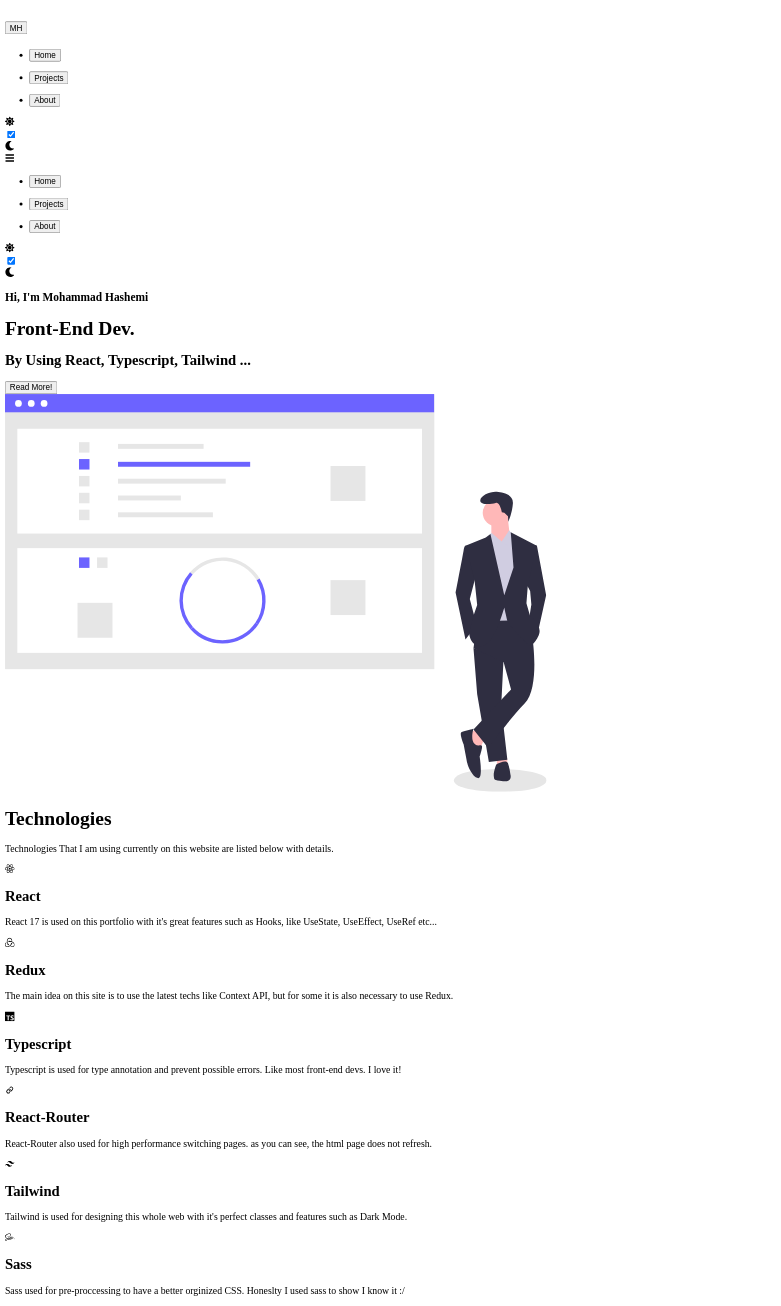
Repository: SMohammadH/react-typescript-tailwind
Page: /
The author's editor kept a copy of each file at every save. The page is drawn from the files as they stood at one save, then again after the next save.
The browser window is 1280 px wide. The pictures show the whole page, at 61% of full size.
The project was rebuilt for these pictures with package versions that can differ from the ones it lists, and the page was loaded fresh each time. Also part of the build but not shown: craco.config.js.

Above is the page before, as saved 2021-02-05 04:56:22.

### src/index.css
.dark {
  --color-bg-primary: #2d3748;
  --color-bg-secondary: #283141;
  --color-text-primary: #f7fafc;
  --color-text-secondary: #e2e8f0;
  --color-text-accent: #c5b358;
}

.light {
  --color-bg-primary: #ffffff;
  --color-bg-secondary: #edf2f7;
  --color-text-primary: #2d3748;
  --color-text-secondary: #4a5568;
  --color-text-accent: #2b6cb0;
}

@import 'tailwindcss/base';
@import 'tailwindcss/components';
@import 'tailwindcss/utilities';

### src/App.tsx
import './App.css';
import 'tailwindcss/tailwind.css';
import { ThemeProvider } from './dark-mode/themeContext';
import { Navbar } from './components/Navbar';
import { FirstSection } from './components/FirstSection';
import { SecondSection } from './components/SecondSection';

const App: React.FC = () => {
  return (
    <div>
      <ThemeProvider>
        <Navbar />
        <div className="body bg-primary text-primary">
          <FirstSection />
          <SecondSection />
        </div>
      </ThemeProvider>
    </div>
  );
};

export default App;

### src/App.css
.font-gold {
  color: #c5b358;
}

### src/dark-mode/themeContext.tsx
import React from 'react';

const getInitialTheme = () => {
  if (typeof window !== 'undefined' && window.localStorage) {
    const storedPrefs = window.localStorage.getItem('color-theme');
    if (typeof storedPrefs === 'string') {
      return storedPrefs;
    }

    const userMedia = window.matchMedia('(prefers-color-scheme: dark)');
    if (userMedia.matches) {
      return 'dark';
    }
  }

  // If you want to use light theme as the default, return "light" instead
  return 'dark';
};

interface IContextProps {
  theme: string;
  setTheme: React.Dispatch<React.SetStateAction<string>>;
}
// Remember if You wanna uncomment above remove null in the next line.
export const ThemeContext = React.createContext({} as IContextProps);

interface ThemeProps {
  initialTheme?: any;
  children: any;
}

export const ThemeProvider: React.FC<ThemeProps> = ({
  initialTheme,
  children,
}) => {
  const [theme, setTheme] = React.useState(getInitialTheme);

  const rawSetTheme = (theme: string) => {
    const root = window.document.documentElement;
    const isDark = theme === 'dark';

    root.classList.remove(isDark ? 'light' : 'dark');
    root.classList.add(theme);

    localStorage.setItem('color-theme', theme);
  };

  if (initialTheme) {
    rawSetTheme(initialTheme);
  }

  React.useEffect(() => {
    rawSetTheme(theme);
  }, [theme]);

  return (
    <ThemeContext.Provider value={{ theme, setTheme }}>
      {children}
    </ThemeContext.Provider>
  );
};

### src/components/Navbar.tsx
import { useState } from 'react';
import { Toggle } from '../dark-mode/toggle';
import { FaBars } from 'react-icons/fa';

export const Navbar = () => {
  const [hidden, setHidden] = useState('');
  const onClick = () => {
    hidden ? setHidden('') : setHidden('hidden');
  };
  return (
    <div className="bg-gray-800 text-gray-100  fixed  w-full z-10">
      <div className="max-w-screen-xl mx-auto px-2 sm:px-6 lg:px-8">
        <div className=" relative flex items-center justify-between h-16">
          <div>
            <h1 className="text-3xl font-gold">
              <button className="focus:outline-none">MH</button>
            </h1>
          </div>

          <div className="hidden md:flex">
            <div className="flex space-x-9 text-lg">
              <ul>
                <li>
                  <button className="hover:text-accent focus:outline-none">
                    Home
                  </button>
                </li>
              </ul>
              <ul>
                <li>
                  <button className="hover:text-accent focus:outline-none">
                    Projects
                  </button>
                </li>
              </ul>
              <ul>
                <li>
                  <button className="hover:text-accent focus:outline-none">
                    About
                  </button>
                </li>
              </ul>
            </div>
            <div className="ml-9 self-center">
              <Toggle />
            </div>
          </div>

          <div className="px-4 cursor-pointer md:hidden">
            <FaBars
              className={`w-10 text-2xl ${
                hidden ? '' : 'text-accent animate-pulse'
              }`}
              onClick={onClick}
            />
          </div>
        </div>
      </div>

      <div className={`${hidden} md:hidden`}>
        <div className="flex flex-col justify-center items-center text-lg space-y-6">
          <ul>
            <li>
              <button className="hover:text-accent focus:outline-none">
                Home
              </button>
            </li>
          </ul>
          <ul>
            <li>
              <button className="hover:text-accent focus:outline-none">
                Projects
              </button>
            </li>
          </ul>
          <ul>
            <li>
              <button className="hover:text-accent focus:outline-none">
                About
              </button>
            </li>
          </ul>
          <div className="pb-6">
            <Toggle />
          </div>
        </div>
      </div>
    </div>
  );
};

### src/components/FirstSection.tsx
import Success from '../svg/success.svg';

export const FirstSection = () => {
  return (
    <div className="flex justify-between  space-x-20 p-10 pt-40 max-w-screen-xl mx-auto md:flex-row">
      <div className="self-center pb-20 mb-20 space-y-2">
        <h3 className="text-xl">Hi, I'm Mohammad Hashemi</h3>
        <h1 className="text-5xl text-accent">Front-End Dev.</h1>
        <h2 className="text-medium">
          By Using React, Typescript, Tailwind ...
        </h2>
        <button className="btn">Read More!</button>
      </div>
      <div className="">
        <img src={Success} alt="" />
      </div>
    </div>
  );
};

### src/components/SecondSection.tsx
import { Card } from './Card';
import { FaSass } from 'react-icons/fa';
import { SiTypescript, SiTailwindcss, SiRedux, SiReact } from 'react-icons/si';
import { BiLink } from 'react-icons/bi';

const text = [
  {
    react: `React 17 is used on this portfolio with it's great features such as Hooks, like UseState, UseEffect, UseRef etc...`,
  },
  {
    redux:
      'The main idea on this site is to use the latest techs like Context API, but for some it is also necessary to use Redux.',
  },
  {
    typescript:
      'Typescript is used for type annotation and prevent possible errors. Like most front-end devs. I love it!',
  },
  {
    reactRouter:
      'React-Router also used for high performance switching pages. as you can see, the html page does not refresh.',
  },
  {
    tailwind: `Tailwind is used for designing this whole web with it's perfect classes and features such as Dark Mode.`,
  },
  {
    sass:
      'Sass used for pre-proccessing to have a better orginized CSS. Honeslty I used sass to show I know it :/',
  },
];
console.log(text[0].react);

export const SecondSection = () => {
  return (
    <div className="bg-secondary text-secondary">
      <div className="max-w-screen-xl mx-auto px-5 py-24">
        <div className="text-center mb-20">
          <h1 className="text-accent mb-4 text-4xl leading-10 tracking-tight sm:text-5xl sm:leading-none md:text-6xl">
            Technologies
          </h1>
          <p className="text-base leading-relaxed xl:w-2/4 lg:w-3/4 mx-auto">
            Technologies That I am using currently on this website are listed
            below with details.
          </p>
          <div className="flex mt-6 justify-center">
            <div className="w-16 h-1 rounded-full bg-indigo-500 inline-flex"></div>
          </div>
        </div>
        <div className="flex flex-wrap sm:-m-4 -mx-4 -mb-10 -mt-4">
          <Card
            Img={SiReact}
            imgSize={10}
            header="React"
            imgColor="blue-600"
            imgBack="blue"
            text={text[0].react}
          />
          <Card
            Img={SiRedux}
            imgSize={10}
            header="Redux"
            imgColor="purple-500"
            imgBack="purple"
            text={text[1].redux}
          />
          <Card
            Img={SiTypescript}
            imgSize={7}
            header="Typescript"
            imgColor="blue-700"
            imgBack="blue"
            text={text[2].typescript}
          />

          <Card
            Img={BiLink}
            imgSize={10}
            header="React-Router"
            imgColor="red-600"
            imgBack="red"
            text={text[3].reactRouter}
          />
          <Card
            Img={SiTailwindcss}
            imgSize={10}
            header="Tailwind"
            imgColor="green-500"
            imgBack="green"
            text={text[4].tailwind}
          />

          <Card
            Img={FaSass}
            imgSize={10}
            header="Sass"
            imgColor="pink-600"
            imgBack="pink"
            text={text[5].sass}
          />
        </div>
      </div>
    </div>
  );
};

### src/dark-mode/toggle.tsx
import React from 'react';
import { ThemeContext } from './themeContext';
import './toggle.css';
import { FaSun } from 'react-icons/fa';
import { FaMoon } from 'react-icons/fa';

export const Toggle = () => {
  const { theme, setTheme } = React.useContext(ThemeContext);

  const isDark = () => {
    return theme === 'dark';
  };

  return (
    <label className="flex items-center cursor-pointer">
      <div className="ml-3 font-medium mr-3">
        {theme === 'light' ? (
          <FaSun className="text-yellow-100 text-2xl" />
        ) : (
          <FaSun className="text-gray-400" />
        )}
      </div>
      <div className="relative">
        <input
          type="checkbox"
          className="hidden"
          checked={isDark()}
          onChange={e => setTheme(e.target.checked ? 'dark' : 'light')}
        />
        <div className="toggle__line w-10 h-4 bg-gray-400 rounded-full shadow-inner"></div>
        <div className="toggle__dot absolute w-6 h-6 bg-white rounded-full shadow inset-y-0 left-0"></div>
      </div>

      <div className="ml-3 ">
        {theme === 'light' ? (
          <FaMoon className="text-gray-400" />
        ) : (
          <FaMoon className="text-blue-100 text-xl" />
        )}
      </div>
    </label>
  );
};

### src/components/Card.tsx
interface Props {
  Img: any;
  imgSize: number;
  imgColor: string;
  imgBack: string;
  header: string;
  text?: string;
}

export const Card: React.FC<Props> = ({
  Img,
  imgSize,
  imgColor,
  imgBack,
  header,
  text,
}) => {
  return (
    <div className="relative max-w-sm md:max-w-xs mx-auto ">
      <div
        className={`absolute mr-2 ml-8 mb-11 inset-0 bg-gradient-to-r from-${imgBack}-200 to-${imgBack}-400 dark:from-gray-800 dark:to-${imgBack}-900 shadow-lg transform -skew-y-3 sm:skew-y-0 sm:-rotate-6 rounded-3xl`}
      ></div>
      <div className="relative py-7 px-2 md:mb-0 flex flex-col ">
        <div className="px-4 py-10 mr-6 bg-primary text-primary shadow-lg rounded-3xl transform translate-x-6 -translate-y-6  ">
          <div
            className={`inline-flex w-12 h-12 rounded-full items-center justify-center bg-${imgBack}-100 text-${imgColor} mb-4 flex-shrink-0 p-2`}
          >
            <Img className={`w-${imgSize} h-${imgSize}`} />
            {/* className="w-6 h-6"
              fill="none"
              stroke="currentColor"
              viewBox="0 0 24 24"
              xmlns="http://www.w3.org/2000/svg"
            >
              <path
                stroke-linecap="round"
                stroke-linejoin="round"
                stroke-width="2"
                d="M7 21a4 4 0 01-4-4V5a2 2 0 012-2h4a2 2 0 012 2v12a4 4 0 01-4 4zm0 0h12a2 2 0 002-2v-4a2 2 0 00-2-2h-2.343M11 7.343l1.657-1.657a2 2 0 012.828 0l2.829 2.829a2 2 0 010 2.828l-8.486 8.485M7 17h.01"
              ></path>
            </Img> */}
          </div>
          <div className="flex-grow ">
            <h2 className="text-primary text-xl title-font font-medium mb-3">
              {header}
            </h2>
            <p className="leading-relaxed text-sm text-justify">{text}</p>
          </div>
        </div>
      </div>
    </div>
  );
};

### src/dark-mode/toggle.css
.toggle__dot {
  top: -0.25rem;
  left: -0.25rem;
  transition: all 0.3s ease-in-out;
}

input:checked ~ .toggle__dot {
  transform: translateX(100%);
  background-color: #48bb78;
}

### tailwind.config.js
module.exports = {
  purge: [],
  darkMode: 'class', // or 'media' or 'class'
  theme: {
    extend: {
      backgroundColor: {
        primary: 'var(--color-bg-primary)',
        secondary: 'var(--color-bg-secondary)',
      },
      textColor: {
        accent: 'var(--color-text-accent)',
        primary: 'var(--color-text-primary)',
        secondary: 'var(--color-text-secondary)',
      },
    },
  },
  variants: {
    extend: {},
  },
  plugins: [],
};

Loaded but not shown: public/index.html (common file); src/index.tsx (common file)

After the next save:
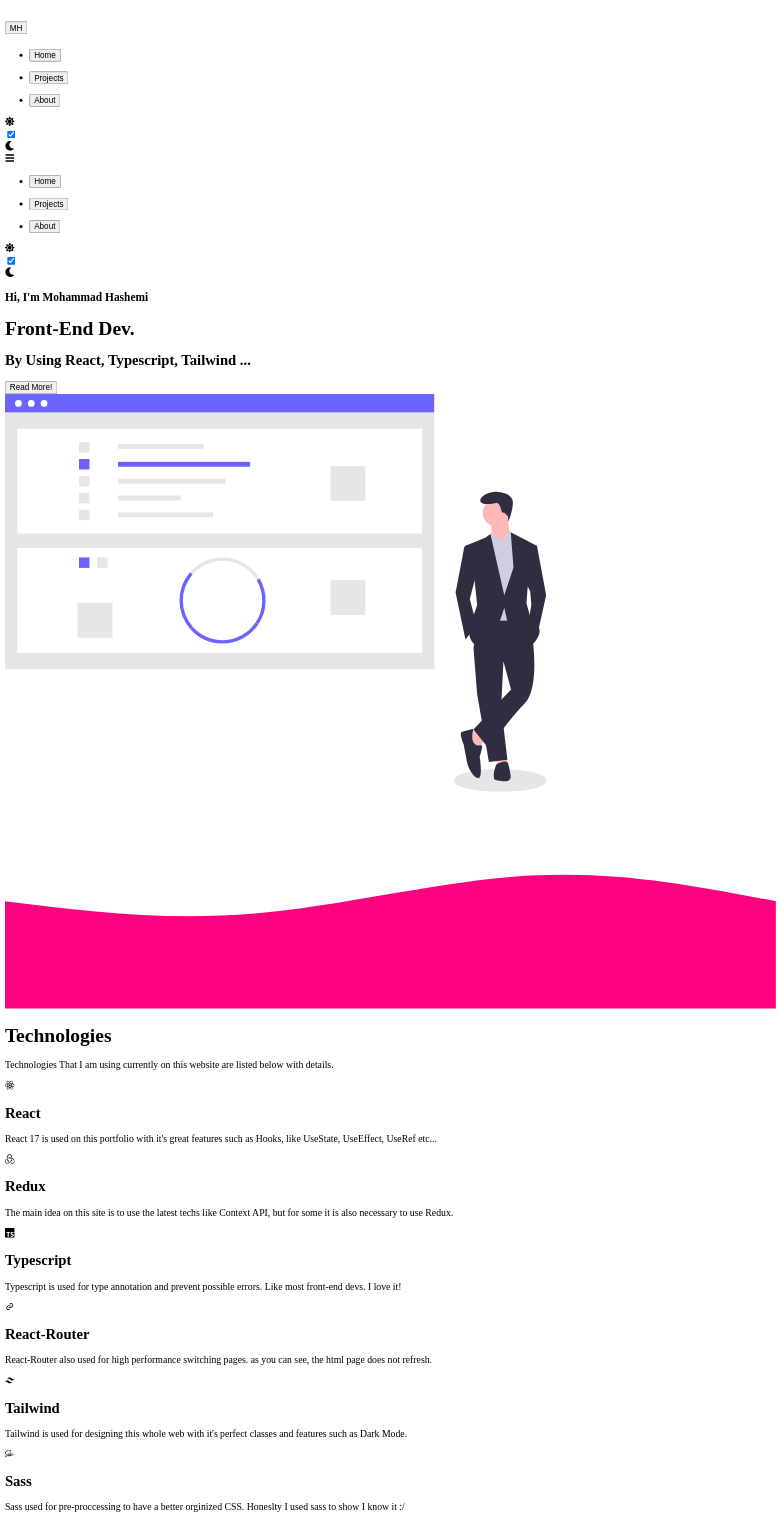
Saved 8 min 34 s later.
--- a/src/App.tsx
+++ b/src/App.tsx
@@ -12,6 +12,22 @@
         <Navbar />
         <div className="body bg-primary text-primary">
           <FirstSection />
+          <svg
+            height="100%"
+            width="100%"
+            id="bg-svg"
+            viewBox="0 0 1440 400"
+            xmlns="http://www.w3.org/2000/svg"
+            class="transition duration-300 ease-in-out delay-150"
+          >
+            <path
+              d="M 0,400 C 0,400 0,200 0,200 C 149.7333333333333,218.66666666666666 299.4666666666666,237.33333333333331 466,223 C 632.5333333333334,208.66666666666669 815.8666666666668,161.33333333333334 981,152 C 1146.1333333333332,142.66666666666666 1293.0666666666666,171.33333333333331 1440,200 C 1440,200 1440,400 1440,400 Z"
+              stroke="none"
+              stroke-width="0"
+              fill="#ff0080ff"
+              class="transition-all duration-300 ease-in-out delay-150"
+            ></path>
+          </svg>
           <SecondSection />
         </div>
       </ThemeProvider>
